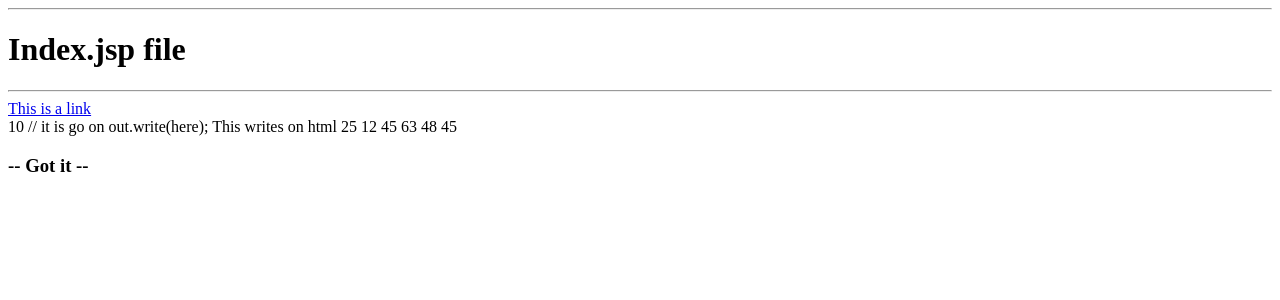
Repository: suraj-repositories/java-practice-2-advance-java-1
Page: http://localhost/Ad_09_JSPuse/
An editor plug-in stored every save of this project. The page is shown before and after the next save, followed by the edit.
The browser window is 1280 px wide. The pictures show the whole page.
The page is served by Tomcat 9. Other server files are loaded and not shown.

Above is the page before, as saved 2023-07-21 13:42:19.

### Ad_09_JSPuse/src/main/webapp/index.jsp
<%@ page language="java" contentType="text/html; charset=ISO-8859-1"
    pageEncoding="ISO-8859-1"%>
<!DOCTYPE html>
<html>
<head>
<meta charset="ISO-8859-1">
<title>Insert title here</title>
</head>
<body>
<hr>
<h1>Index.jsp file</h1>
<hr>
<a href="link">This is a link</a>
<br>

<div>
<!-- DECLARATION -->
<%!		// in instance level(class level)
	public int sayHello(int number){		// we can use this method anywhere in program because it is in class level
	 	return number*2;
	}

%>
<%= sayHello(5) %>		// it is go on out.write(here);


<!-- SCTIPT LIT -->
<%	// you can write java & html both in jsp file (inside method(method level))



	System.out.println("hello world");
	int i=90;
	int j=89;
	System.out.println("sum = " +(i+j));


	out.write("This writes on html");
%>

<%
	int arr[] = new int[]{25,12,45,63,48,45};

	for(int index : arr){%>
		<%= index %> 		<!--  initialize -->
	<%}


%>

</div>

<h3> -- Got it --</h3>
</body>
</html>

After the next save:
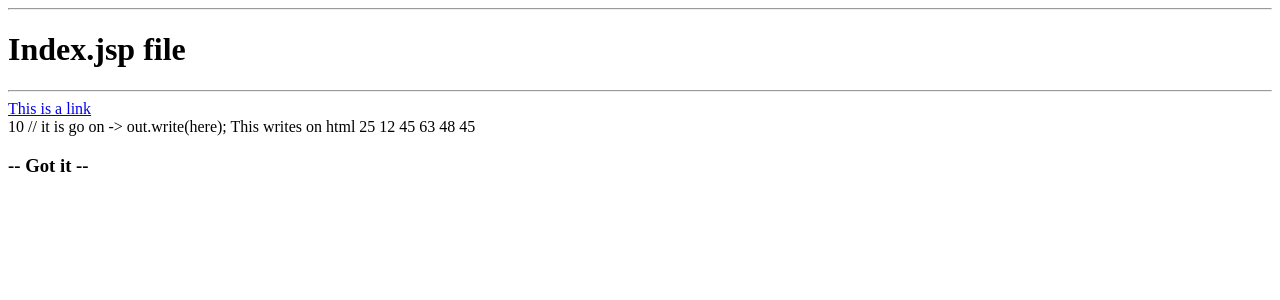
Saved 14 s later.
--- a/Ad_09_JSPuse/src/main/webapp/index.jsp
+++ b/Ad_09_JSPuse/src/main/webapp/index.jsp
@@ -21,7 +21,7 @@
 	}
 
 %>
-<%= sayHello(5) %>		// it is go on out.write(here);
+<%= sayHello(5) %>		// it is go on -> out.write(here);
 
 
 <!-- SCTIPT LIT -->
